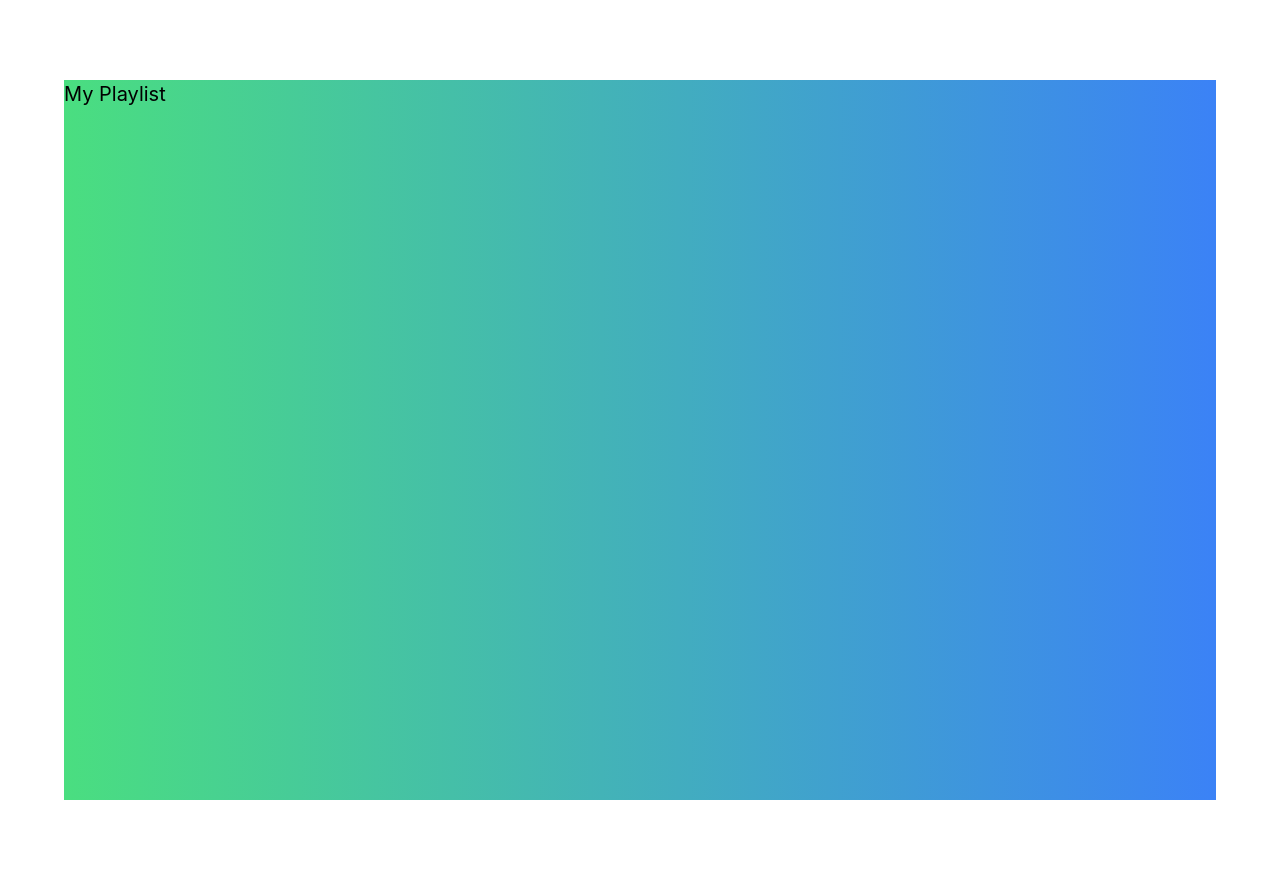
Repository: brandford7/music-player
Page: /playlist
The author's editor kept a copy of each file at every save. The page is drawn from the files as they stood at one save, then again after the next save.
The browser window is 1280 px wide. The pictures show the whole page.
The project was rebuilt for these pictures with package versions that can differ from the ones it lists, and the page was loaded fresh each time. The framework's server and built-in components were replaced by stand-ins that run in the browser. Also part of the build but not shown: next.config.js.

Above is the page before, as saved 2022-11-19 10:01:52.

After the next save:
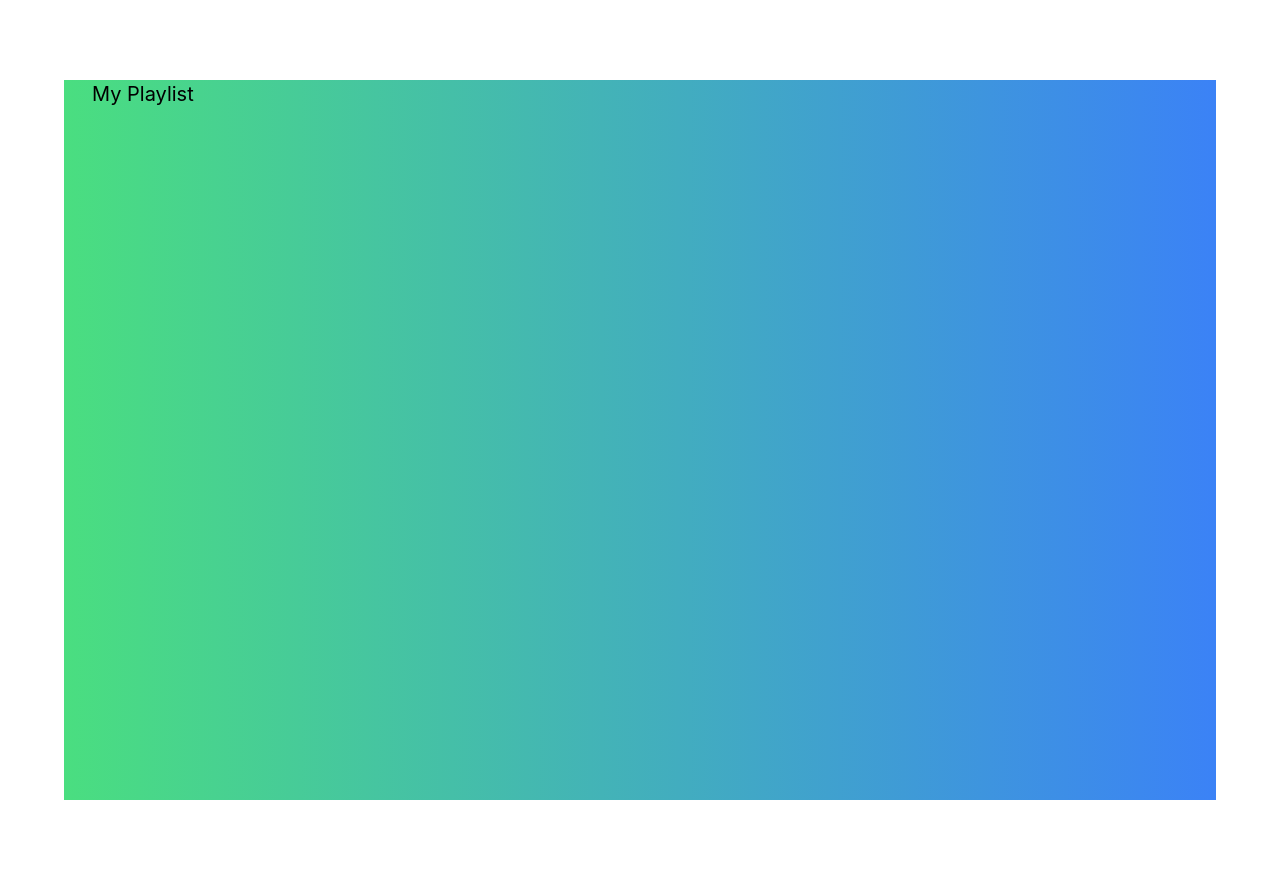
Saved 5 s later.
--- a/pages/playlist.js
+++ b/pages/playlist.js
@@ -3,7 +3,7 @@ import React from "react";
 const Playlist = () => {
   return (
     <div className="flex mx-auto max-w-6xl my-20 space-x-10 bg-gradient-to-r from-green-400 to-blue-500 h-screen">
-     <h1 className="text-xl mx-">My Playlist</h1>
+     <h1 className="text-xl mx-7">My Playlist</h1>
     </div>
   );
 };
